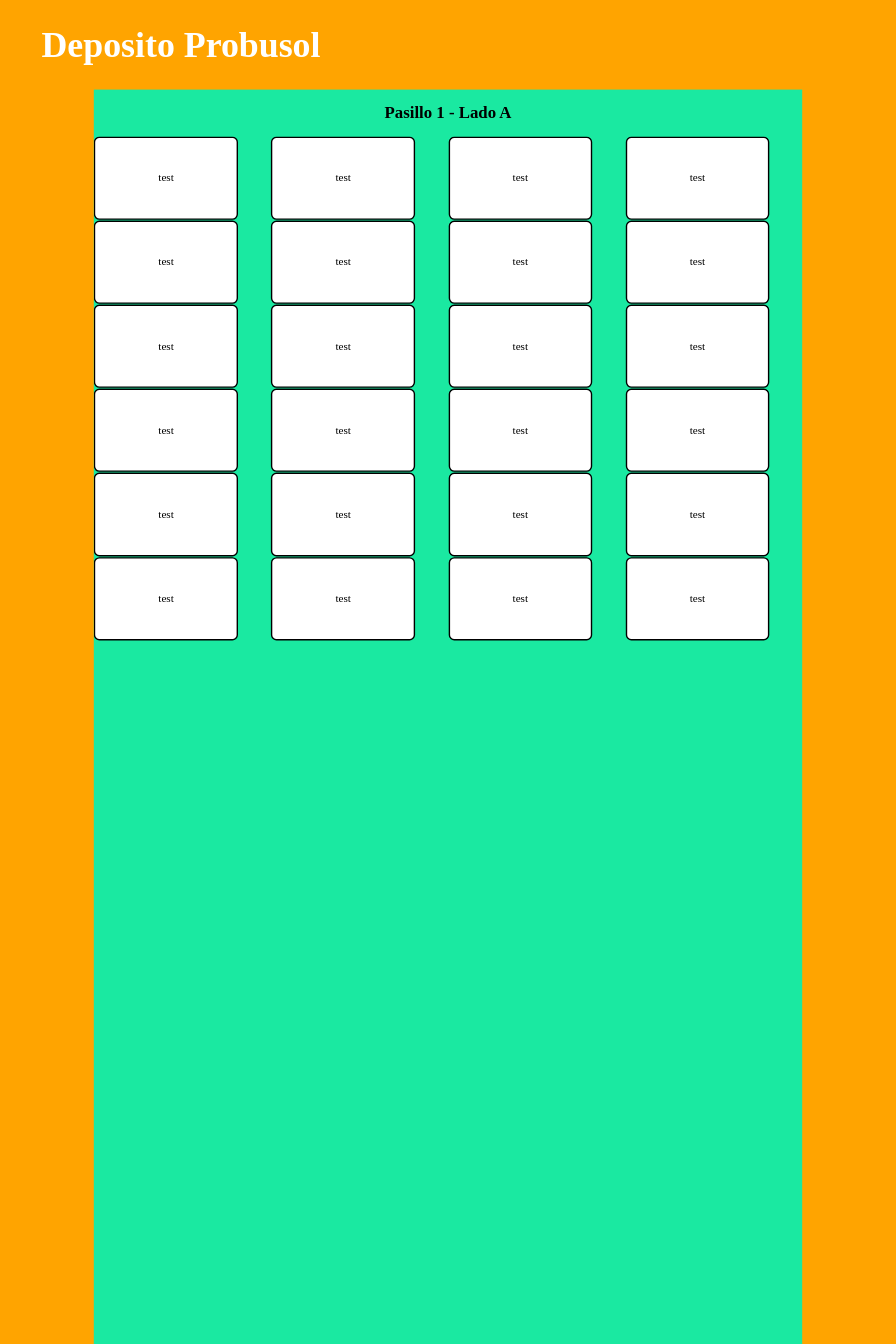
Repository: Franzcod/DepoStock_Web
Page: index.html
These files come from the project's save history. The page is drawn as it stood at one moment and after the next save; the edit follows.
The browser window is 1280 px wide. The pictures show the part of the page from y = 0 to 1920 px (the page is 5178 px tall before and 1332 px after), at 70% of full size.

Above is the page before, as saved 2020-06-07 03:09:38.
Console error: ReferenceError: ur is not defined

After the next save:
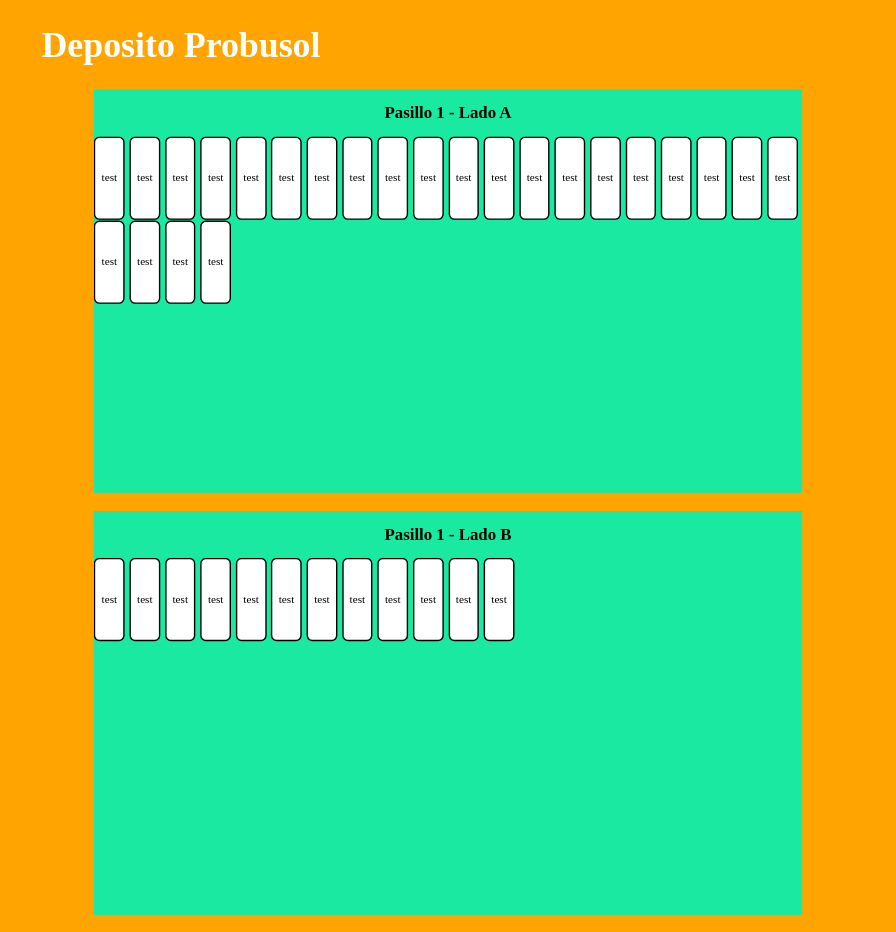
Saved 21 s later.
--- a/estilo/estilo.css
+++ b/estilo/estilo.css
@@ -25,8 +25,8 @@ align-content: start;
 
 .hs {
     display: grid;
-    grid-template-columns: repeat(4, 1fr);
-    grid-template-rows: repeat(20, 1fr);
+    grid-template-columns: repeat(20, 1fr);
+    grid-template-rows: repeat(4, 1fr);
     gap: 1px 1px;
 
     overflow-x: scroll;
